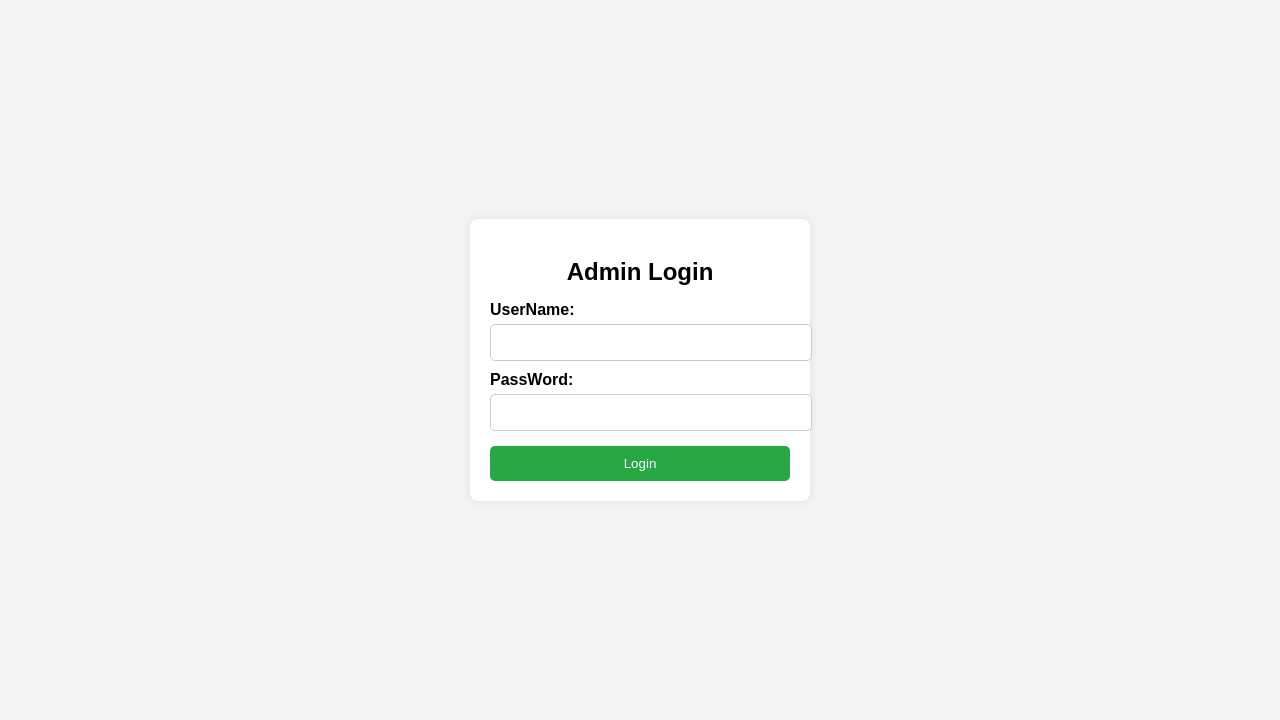
Repository: Purnima-Kushwah11/Online-Product-Management-System
Page: Application1CompleteDatabase/src/main/webapp/AdminLogin.html
An editor plug-in stored every save of this project. The page is shown before and after the next save, followed by the edit.
The browser window is 1280 px wide. The pictures show the whole page.

Above is the page before, as saved 2025-02-20 15:34:23.

After the next save:
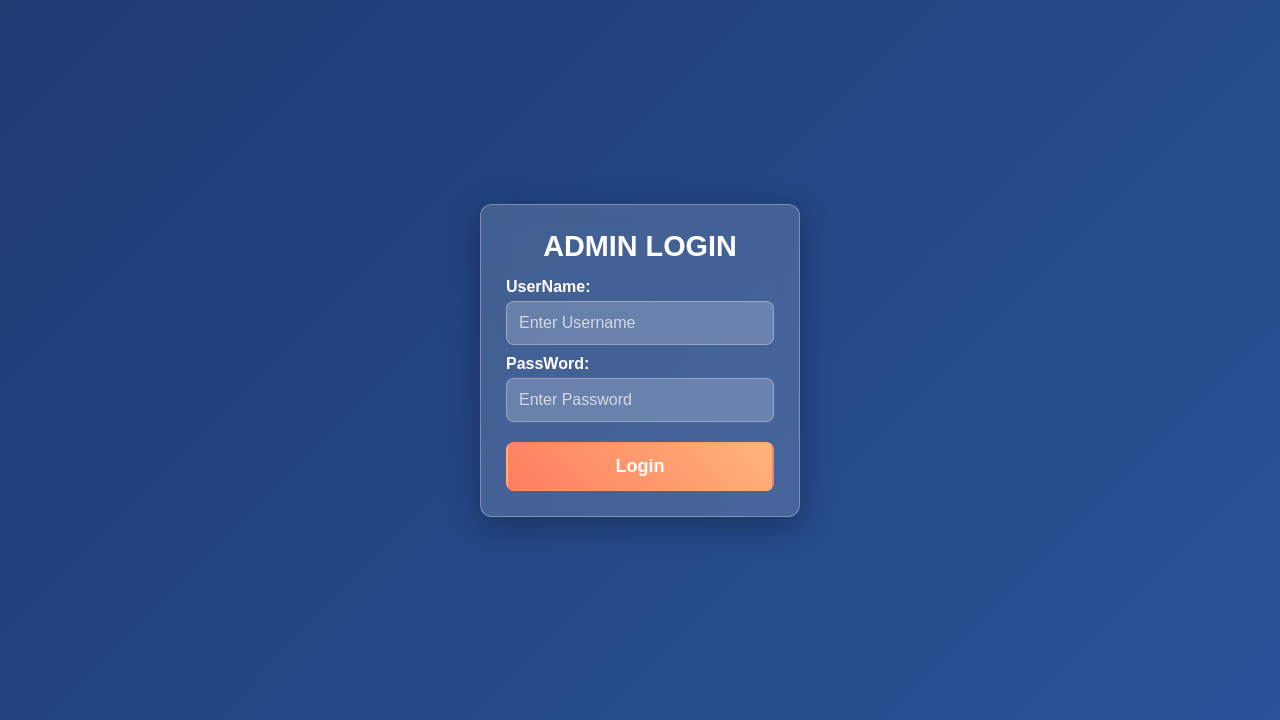
Saved 2 min 33 s later.
--- a/Application1CompleteDatabase/src/main/webapp/AdminLogin.html
+++ b/Application1CompleteDatabase/src/main/webapp/AdminLogin.html
@@ -4,58 +4,112 @@
     <meta charset="UTF-8">
     <title>Admin Login</title>
     <style>
+        /* Reset */
+        * {
+            margin: 0;
+            padding: 0;
+            box-sizing: border-box;
+            font-family: Arial, sans-serif;
+        }
+
+        /* Gradient Background */
         body {
-            font-family: Arial, sans-serif;
-            background-color: #f4f4f4;
+            height: 100vh;
             display: flex;
             justify-content: center;
             align-items: center;
-            height: 100vh;
-            margin: 0;
+            background: linear-gradient(135deg, #1e3c72, #2a5298);
         }
 
+        /* Glassmorphism Login Form */
         form {
-            background: white;
-            padding: 20px;
-            border-radius: 8px;
-            box-shadow: 0 0 10px rgba(0, 0, 0, 0.1);
-            width: 300px;
+            background: rgba(255, 255, 255, 0.15);
+            padding: 25px;
+            border-radius: 12px;
             text-align: center;
+            box-shadow: 0 8px 32px rgba(0, 0, 0, 0.3);
+            backdrop-filter: blur(10px);
+            border: 1px solid rgba(255, 255, 255, 0.3);
+            width: 320px;
+            animation: fadeIn 1s ease-in-out;
         }
 
+        /* Heading */
         h2 {
             margin-bottom: 15px;
+            color: #ffffff;
+            font-size: 1.8rem;
+            text-transform: uppercase;
         }
 
+        /* Label */
         label {
             display: block;
             text-align: left;
             margin-top: 10px;
             font-weight: bold;
+            color: white;
         }
 
+        /* Input Fields */
         input[type="text"], input[type="password"] {
             width: 100%;
-            padding: 10px;
+            padding: 12px;
             margin-top: 5px;
-            border: 1px solid #ccc;
-            border-radius: 5px;
+            border: 1px solid rgba(255, 255, 255, 0.3);
+            border-radius: 8px;
             outline: none;
+            background: rgba(255, 255, 255, 0.2);
+            color: white;
+            font-size: 16px;
         }
 
+        input::placeholder {
+            color: rgba(255, 255, 255, 0.7);
+        }
+
+        /* Stylish Button */
         input[type="submit"] {
-            background-color: #28a745;
+            background: linear-gradient(45deg, #ff7e5f, #feb47b);
             color: white;
             border: none;
-            padding: 10px;
+            padding: 12px;
             width: 100%;
             cursor: pointer;
-            border-radius: 5px;
-            margin-top: 15px;
+            border-radius: 8px;
+            margin-top: 20px;
+            font-size: 18px;
+            font-weight: bold;
+            transition: transform 0.3s, box-shadow 0.3s;
+            border: 2px solid transparent;
         }
 
         input[type="submit"]:hover {
-            background-color: #218838;
+            transform: translateY(-3px);
+            box-shadow: 0 4px 15px rgba(255, 126, 95, 0.3);
+            border: 2px solid #fff;
+        }
+
+        /* Fade-in Animation */
+        @keyframes fadeIn {
+            from { opacity: 0; transform: translateY(-20px); }
+            to { opacity: 1; transform: translateY(0); }
+        }
+
+        /* Responsive Design */
+        @media (max-width: 400px) {
+            form {
+                width: 90%;
+                padding: 20px;
+            }
+
+            h2 {
+                font-size: 1.5rem;
+            }
+
+            input[type="submit"] {
+                font-size: 16px;
+            }
         }
     </style>
 </head>
@@ -64,10 +118,10 @@
     <form action="admin" method="post">
         <h2>Admin Login</h2>
         <label>UserName:</label>
-        <input type="text" name="uname">
+        <input type="text" name="uname" placeholder="Enter Username">
 
         <label>PassWord:</label>
-        <input type="password" name="pword">
+        <input type="password" name="pword" placeholder="Enter Password">
 
         <input type="submit" value="Login">
     </form>
